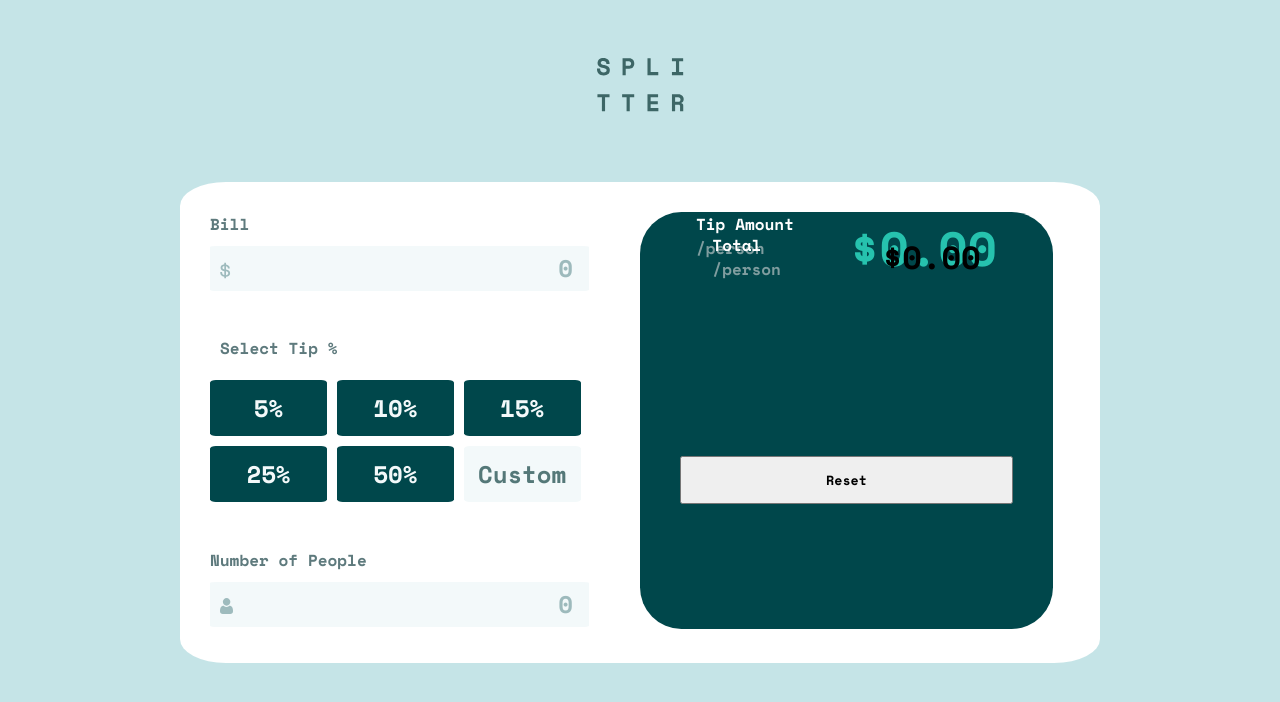
Repository: Arkitecth/tip-calculator
Page: index.html
These files come from the project's save history. The page is drawn as it stood at one moment and after the next save; the edit follows.
The browser window is 1280 px wide. The pictures show the whole page.

Above is the page before, as saved 2023-06-09 19:14:30.

After the next save:
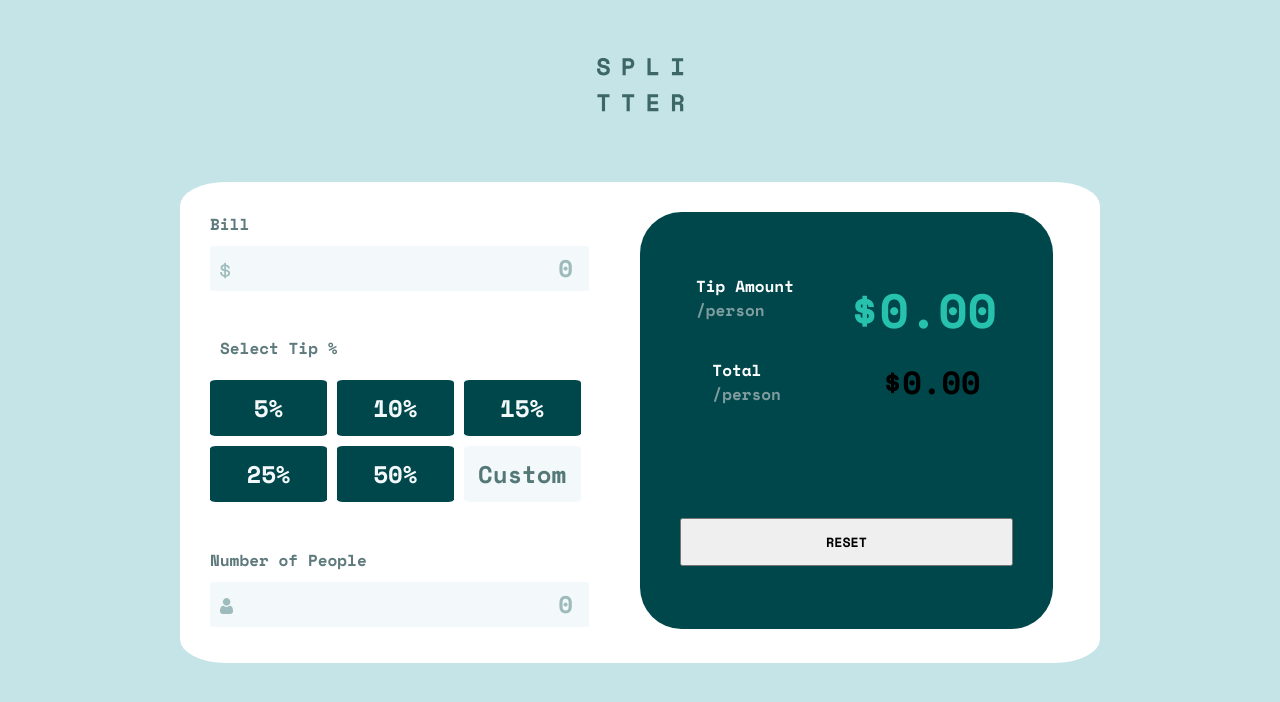
Saved 20 s later.
--- a/styles.css
+++ b/styles.css
@@ -170,5 +170,6 @@
 .reset-button {
     width: 333px;
     height: 48px;
-    margin: auto;
+    margin: 0 auto;
+    text-transform: uppercase;
 }
